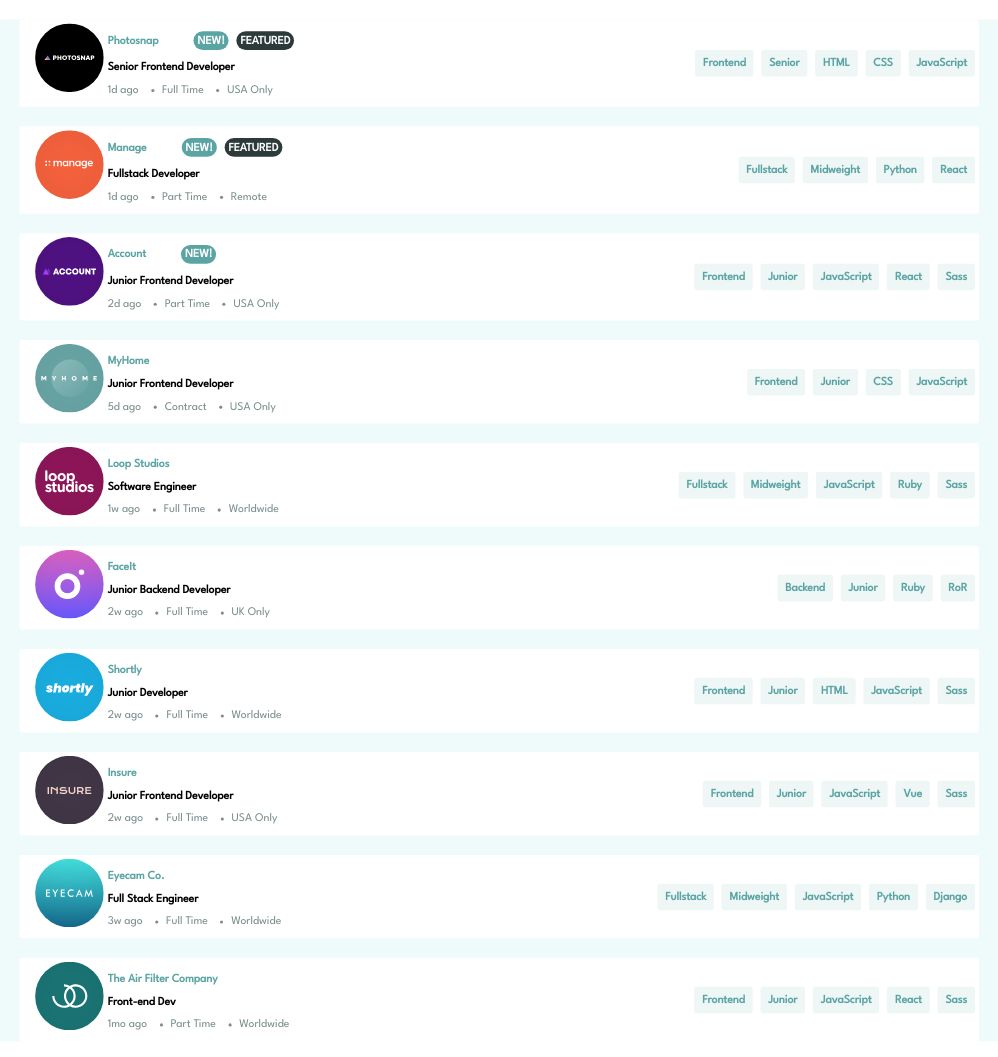
Repository: DevLaukey/job-listing
Page: /
These files come from the project's save history. The page is drawn as it stood at one moment and after a run of saves; the edit follows.
The browser window is 1280 px wide. The pictures show the whole page, at 78% of full size.
Some web fonts or font styles are not loaded; a fallback is used. The project was rebuilt for these pictures with package versions that can differ from the ones it lists, and the page was loaded fresh each time. Also part of the build but not shown: src/components/Filter.js.

Above is the page before, as saved 2022-06-06 00:26:28.

After the next 2 saves:
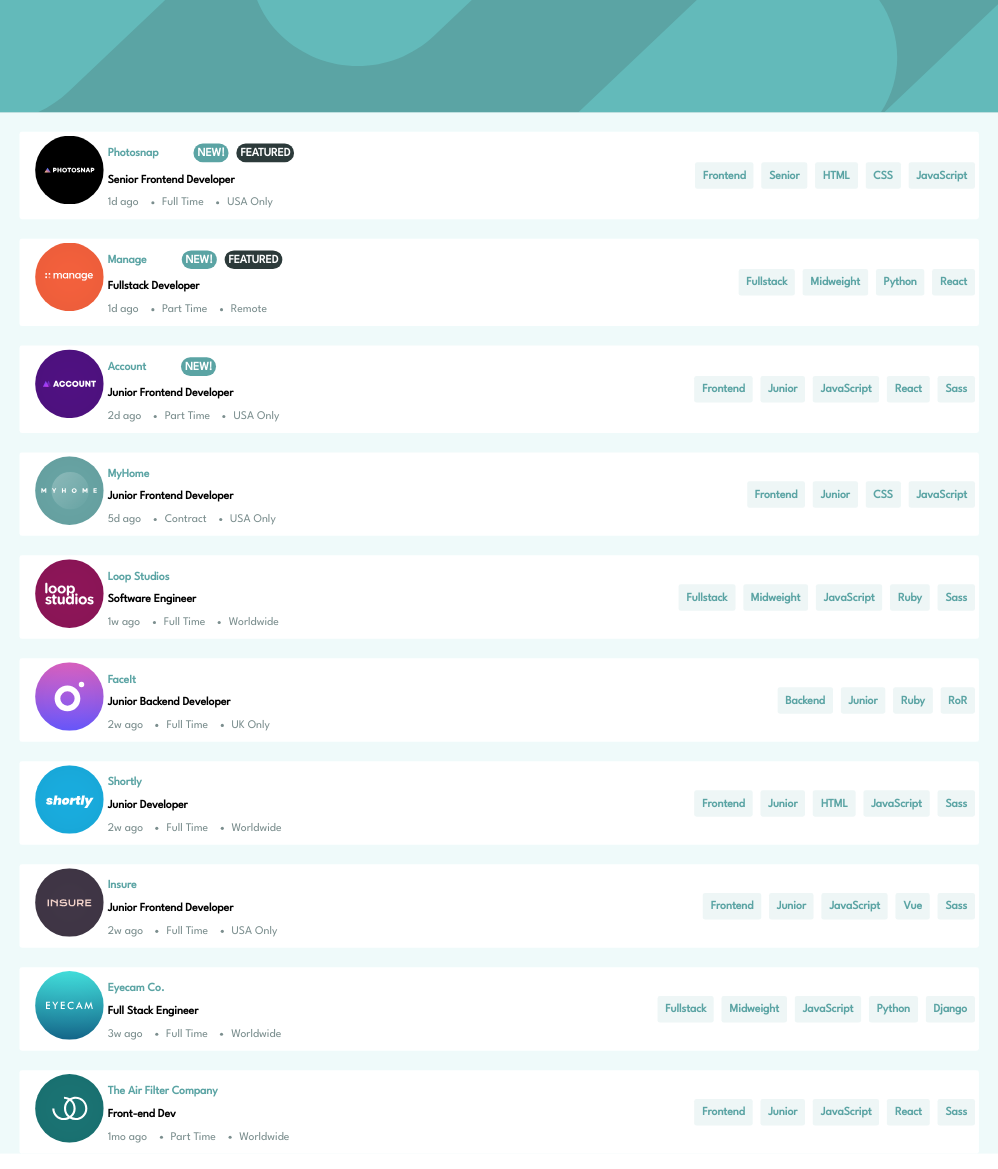
The 2 saves are shown as one change because 1 did not build or start.
The last was saved 17 s later.
--- a/src/App.js
+++ b/src/App.js
@@ -38,7 +38,7 @@ function App() {
 
   return (
     <div className="App">
-      {/* <Header /> */}
+      <Header onClick={setTagList} tagList={tagList} />
       {data
         .filter((e) => filterTag(e))
         .map((e, id) => (
